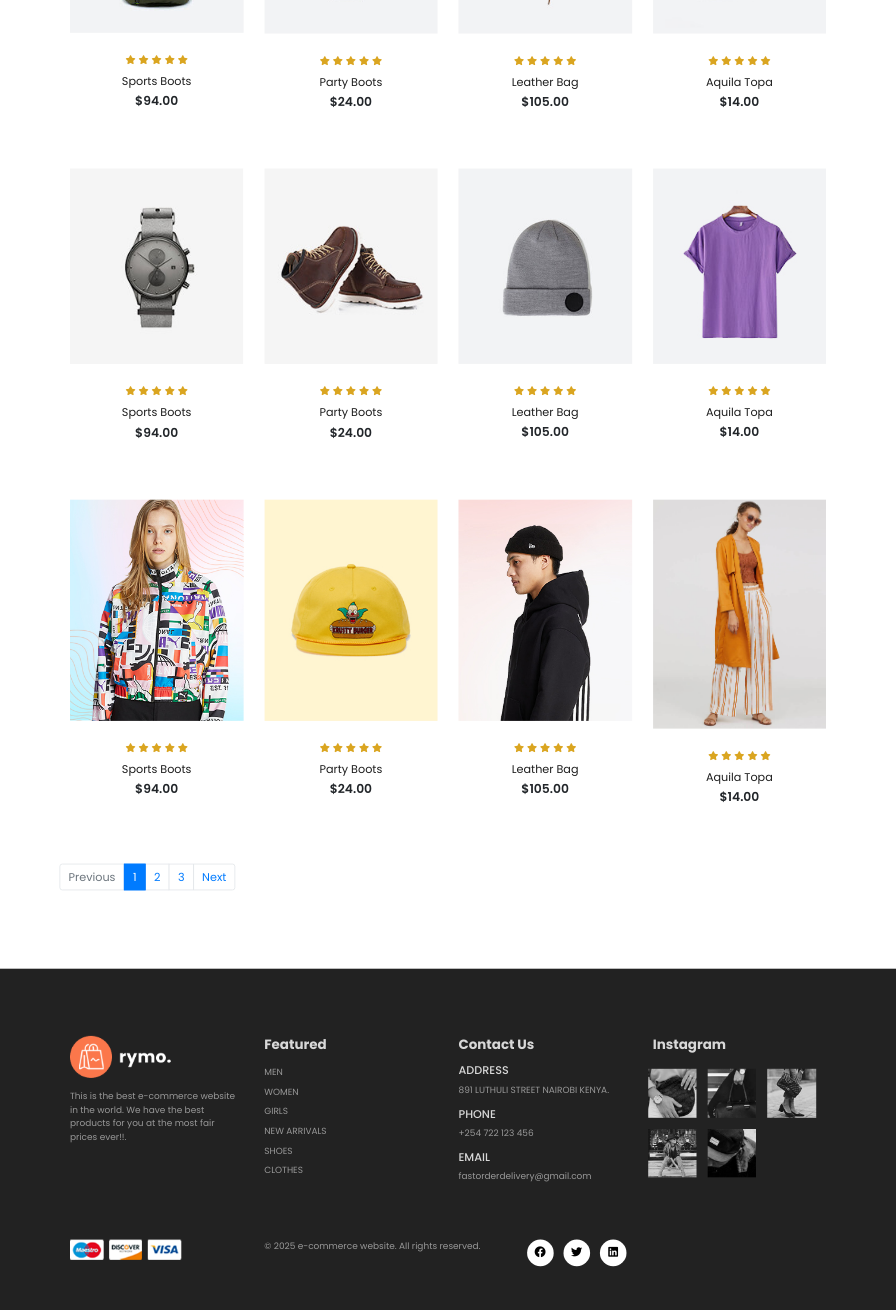
Repository: peter417waweru/e-commerce-UI
Page: shop.html
The author's editor kept a copy of each file at every save. The page is drawn from the files as they stood at one save, then again after the next save.
The browser window is 1280 px wide. The pictures show the part of the page from y = 1517 to 3437 px (the page is 3389 px tall before and 3437 px after), at 70% of full size.
Some web libraries are served in a nearby version.

Above is the page before, as saved 2025-02-08 12:32:22.

### shop.html
<!DOCTYPE html>
<html lang="en">
    <head>
        <meta charset="UTF-8">
        <meta http-equiv="X-UA-Compatible" content="IE=edge">
        <meta name="viewport" content="width=device-width, initial-scale=1.0">
        <title>Shop</title>

        <link rel="stylesheet" href="https://cdn.jsdelivr.net/npm/bootstrap@4.1.3/dist/css/bootstrap.min.css"
        integrity="sha384-MCw98/SFnGE8fJT3GXwEOngsV7Zt27NXFoaoApmYm81iuXoPkFOJwJ8ERdknLPMO" crossorigin="anonymous">

        <link rel="stylesheet" href="https://pro.fontawesome.com/releases/v5.10.0/css/all.css" />

        <link rel="stylesheet" href="./style.css">
        <link rel="stylesheet" href="./shop.css">
    </head>

    <body>

        <nav class="navbar navbar-expand-lg navbar-light bg-white py-3 fixed-top">
            <div class="container">
              <img src="img/logo1.png" alt="">
              <button class="navbar-toggler" type="button" data-bs-toggle="collapse" data-bs-target="#navbarSupportedContent" aria-controls="navbarSupportedContent" aria-expanded="false" aria-label="Toggle navigation">
                <span><i id="bar" class="fas fa-bars"></i></span>
              </button>
              <div class="collapse navbar-collapse" id="navbarSupportedContent">
                <ul class="navbar-nav ml-auto">
                  <li class="nav-item">
                    <a class="nav-link active" aria-current="page" href="index.html">Home</a>
                  </li>
                  <li class="nav-item">
                    <a class="nav-link" aria-current="page" href="shop.html">Shop</a>
                  </li>
                  <li class="nav-item">
                    <a class="nav-link" aria-current="page" href="#">Blog</a>
                  </li>
                  <li class="nav-item">
                    <a class="nav-link" aria-current="page" href="#">About</a>
                  </li>
                  <li class="nav-item">
                    <a class="nav-link" aria-current="page" href="#">Contact Us</a>
                  </li>
                  <li class="nav-item">
                    <i class="fal fa-search"></i>
                    <i class="fal fa-shopping-bag"></i>
                  </li>


                </ul>

              </div>
            </div>
        </nav>

        <section id="featured" class="my-5 py-5">
            <div class="container mt-5 py-5">
              <h3>Our Products</h3>
              <hr>
              <p>Here you can check out our new products with the most fair prices</p>
            </div>
            <div class="row mx-auto container">
              <div class="product text-center col-lg-3 col-md-4 col-12">
                <img class="img-fluid mb-3" src="img/shop/1.jpg" alt="">
                <div class="star">
                  <i class="fas fa-star"></i>
                  <i class="fas fa-star"></i>
                  <i class="fas fa-star"></i>
                  <i class="fas fa-star"></i>
                  <i class="fas fa-star"></i>
                </div>
                <h5 class="p-name">Sports Boots</h5>
                <h4 class="p-price">$94.00</h4>
                <button class="buy-btn">Buy Now</button>
              </div>
              <div class="product text-center col-lg-3 col-md-4 col-12">
                <img class="img-fluid mb-3" src="img/shop/2.jpg" alt="">
                <div class="star">
                  <i class="fas fa-star"></i>
                  <i class="fas fa-star"></i>
                  <i class="fas fa-star"></i>
                  <i class="fas fa-star"></i>
                  <i class="fas fa-star"></i>
                </div>
                <h5 class="p-name">Party Boots</h5>
                <h4 class="p-price">$24.00</h4>
                <button class="buy-btn">Buy Now</button>
              </div>
              <div class="product text-center col-lg-3 col-md-4 col-12">
                <img class="img-fluid mb-3" src="img/shop/3.jpg" alt="">
                <div class="star">
                  <i class="fas fa-star"></i>
                  <i class="fas fa-star"></i>
                  <i class="fas fa-star"></i>
                  <i class="fas fa-star"></i>
                  <i class="fas fa-star"></i>
                </div>
                <h5 class="p-name">Leather Bag</h5>
                <h4 class="p-price">$105.00</h4>
                <button class="buy-btn">Buy Now</button>
              </div>
              <div class="product text-center col-lg-3 col-md-4 col-12">
                <img class="img-fluid mb-3" src="img/shop/4.jpg" alt="">
                <div class="star">
                  <i class="fas fa-star"></i>
                  <i class="fas fa-star"></i>
                  <i class="fas fa-star"></i>
                  <i class="fas fa-star"></i>
                  <i class="fas fa-star"></i>
                </div>
                <h5 class="p-name">Aquila Topa</h5>
                <h4 class="p-price">$14.00</h4>
                <button class="buy-btn">Buy Now</button>
              </div>
            </div>
            <div class="row mx-auto container">
                <div class="product text-center col-lg-3 col-md-4 col-12">
                  <img class="img-fluid mb-3" src="img/shop/5.jpg" alt="">
                  <div class="star">
                    <i class="fas fa-star"></i>
                    <i class="fas fa-star"></i>
                    <i class="fas fa-star"></i>
                    <i class="fas fa-star"></i>
                    <i class="fas fa-star"></i>
                  </div>
                  <h5 class="p-name">Sports Boots</h5>
                  <h4 class="p-price">$94.00</h4>
                  <button class="buy-btn">Buy Now</button>
                </div>
                <div class="product text-center col-lg-3 col-md-4 col-12">
                  <img class="img-fluid mb-3" src="img/shop/6.jpg" alt="">
                  <div class="star">
                    <i class="fas fa-star"></i>
                    <i class="fas fa-star"></i>
                    <i class="fas fa-star"></i>
                    <i class="fas fa-star"></i>
                    <i class="fas fa-star"></i>
                  </div>
                  <h5 class="p-name">Party Boots</h5>
                  <h4 class="p-price">$24.00</h4>
                  <button class="buy-btn">Buy Now</button>
                </div>
                <div class="product text-center col-lg-3 col-md-4 col-12">
                  <img class="img-fluid mb-3" src="img/shop/7.jpg" alt="">
                  <div class="star">
                    <i class="fas fa-star"></i>
                    <i class="fas fa-star"></i>
                    <i class="fas fa-star"></i>
                    <i class="fas fa-star"></i>
                    <i class="fas fa-star"></i>
                  </div>
                  <h5 class="p-name">Leather Bag</h5>
                  <h4 class="p-price">$105.00</h4>
                  <button class="buy-btn">Buy Now</button>
                </div>
                <div class="product text-center col-lg-3 col-md-4 col-12">
                  <img class="img-fluid mb-3" src="img/shop/8.jpg" alt="">
                  <div class="star">
                    <i class="fas fa-star"></i>
                    <i class="fas fa-star"></i>
                    <i class="fas fa-star"></i>
                    <i class="fas fa-star"></i>
                    <i class="fas fa-star"></i>
                  </div>
                  <h5 class="p-name">Aquila Topa</h5>
                  <h4 class="p-price">$14.00</h4>
                  <button class="buy-btn">Buy Now</button>
                </div>
              </div>
              <div class="row mx-auto container">
                <div class="product text-center col-lg-3 col-md-4 col-12">
                  <img class="img-fluid mb-3" src="img/shop/9.jpg" alt="">
                  <div class="star">
                    <i class="fas fa-star"></i>
                    <i class="fas fa-star"></i>
                    <i class="fas fa-star"></i>
                    <i class="fas fa-star"></i>
                    <i class="fas fa-star"></i>
                  </div>
                  <h5 class="p-name">Sports Boots</h5>
                  <h4 class="p-price">$94.00</h4>
                  <button class="buy-btn">Buy Now</button>
                </div>
                <div class="product text-center col-lg-3 col-md-4 col-12">
                  <img class="img-fluid mb-3" src="img/shop/10.jpg" alt="">
                  <div class="star">
                    <i class="fas fa-star"></i>
                    <i class="fas fa-star"></i>
                    <i class="fas fa-star"></i>
                    <i class="fas fa-star"></i>
                    <i class="fas fa-star"></i>
                  </div>
                  <h5 class="p-name">Party Boots</h5>
                  <h4 class="p-price">$24.00</h4>
                  <button class="buy-btn">Buy Now</button>
                </div>
                <div class="product text-center col-lg-3 col-md-4 col-12">
                  <img class="img-fluid mb-3" src="img/shop/11.jpg" alt="">
                  <div class="star">
                    <i class="fas fa-star"></i>
                    <i class="fas fa-star"></i>
                    <i class="fas fa-star"></i>
                    <i class="fas fa-star"></i>
                    <i class="fas fa-star"></i>
                  </div>
                  <h5 class="p-name">Leather Bag</h5>
                  <h4 class="p-price">$105.00</h4>
                  <button class="buy-btn">Buy Now</button>
                </div>
                <div class="product text-center col-lg-3 col-md-4 col-12">
                  <img class="img-fluid mb-3" src="img/shop/12.jpg" alt="">
                  <div class="star">
                    <i class="fas fa-star"></i>
                    <i class="fas fa-star"></i>
                    <i class="fas fa-star"></i>
                    <i class="fas fa-star"></i>
                    <i class="fas fa-star"></i>
                  </div>
                  <h5 class="p-name">Aquila Topa</h5>
                  <h4 class="p-price">$14.00</h4>
                  <button class="buy-btn">Buy Now</button>
                </div>
              </div>
              <div class="row mx-auto container">
                <div class="product text-center col-lg-3 col-md-4 col-12">
                  <img class="img-fluid mb-3" src="img/shop/13.jpg" alt="">
                  <div class="star">
                    <i class="fas fa-star"></i>
                    <i class="fas fa-star"></i>
                    <i class="fas fa-star"></i>
                    <i class="fas fa-star"></i>
                    <i class="fas fa-star"></i>
                  </div>
                  <h5 class="p-name">Sports Boots</h5>
                  <h4 class="p-price">$94.00</h4>
                  <button class="buy-btn">Buy Now</button>
                </div>
                <div class="product text-center col-lg-3 col-md-4 col-12">
                  <img class="img-fluid mb-3" src="img/shop/14.jpg" alt="">
                  <div class="star">
                    <i class="fas fa-star"></i>
                    <i class="fas fa-star"></i>
                    <i class="fas fa-star"></i>
                    <i class="fas fa-star"></i>
                    <i class="fas fa-star"></i>
                  </div>
                  <h5 class="p-name">Party Boots</h5>
                  <h4 class="p-price">$24.00</h4>
                  <button class="buy-btn">Buy Now</button>
                </div>
                <div class="product text-center col-lg-3 col-md-4 col-12">
                  <img class="img-fluid mb-3" src="img/shop/15.jpg" alt="">
                  <div class="star">
                    <i class="fas fa-star"></i>
                    <i class="fas fa-star"></i>
                    <i class="fas fa-star"></i>
                    <i class="fas fa-star"></i>
                    <i class="fas fa-star"></i>
                  </div>
                  <h5 class="p-name">Leather Bag</h5>
                  <h4 class="p-price">$105.00</h4>
                  <button class="buy-btn">Buy Now</button>
                </div>
                <div class="product text-center col-lg-3 col-md-4 col-12">
                  <img class="img-fluid mb-3" src="img/shop/16.jpg" alt="">
                  <div class="star">
                    <i class="fas fa-star"></i>
                    <i class="fas fa-star"></i>
                    <i class="fas fa-star"></i>
                    <i class="fas fa-star"></i>
                    <i class="fas fa-star"></i>
                  </div>
                  <h5 class="p-name">Aquila Topa</h5>
                  <h4 class="p-price">$14.00</h4>
                  <button class="buy-btn">Buy Now</button>
                </div>
              </div>
              <div class="row mx-auto container">
                <div class="product text-center col-lg-3 col-md-4 col-12">
                  <img class="img-fluid mb-3" src="img/shop/17.jpg" alt="">
                  <div class="star">
                    <i class="fas fa-star"></i>
                    <i class="fas fa-star"></i>
                    <i class="fas fa-star"></i>
                    <i class="fas fa-star"></i>
                    <i class="fas fa-star"></i>
                  </div>
                  <h5 class="p-name">Sports Boots</h5>
                  <h4 class="p-price">$94.00</h4>
                  <button class="buy-btn">Buy Now</button>
                </div>
                <div class="product text-center col-lg-3 col-md-4 col-12">
                  <img class="img-fluid mb-3" src="img/shop/18.jpg" alt="">
                  <div class="star">
                    <i class="fas fa-star"></i>
                    <i class="fas fa-star"></i>
                    <i class="fas fa-star"></i>
                    <i class="fas fa-star"></i>
                    <i class="fas fa-star"></i>
                  </div>
                  <h5 class="p-name">Party Boots</h5>
                  <h4 class="p-price">$24.00</h4>
                  <button class="buy-btn">Buy Now</button>
                </div>
                <div class="product text-center col-lg-3 col-md-4 col-12">
                  <img class="img-fluid mb-3" src="img/shop/19.jpg" alt="">
                  <div class="star">
                    <i class="fas fa-star"></i>
                    <i class="fas fa-star"></i>
                    <i class="fas fa-star"></i>
                    <i class="fas fa-star"></i>
                    <i class="fas fa-star"></i>
                  </div>
                  <h5 class="p-name">Leather Bag</h5>
                  <h4 class="p-price">$105.00</h4>
                  <button class="buy-btn">Buy Now</button>
                </div>
                <div class="product text-center col-lg-3 col-md-4 col-12">
                  <img class="img-fluid mb-3" src="img/shop/20.jpg" alt="">
                  <div class="star">
                    <i class="fas fa-star"></i>
                    <i class="fas fa-star"></i>
                    <i class="fas fa-star"></i>
                    <i class="fas fa-star"></i>
                    <i class="fas fa-star"></i>
                  </div>
                  <h5 class="p-name">Aquila Topa</h5>
                  <h4 class="p-price">$14.00</h4>
                  <button class="buy-btn">Buy Now</button>
                </div>
                <nav aria-label="...">
                    <ul class="pagination">
                      <li class="page-item disabled">
                        <a class="page-link" href="#" tabindex="-1">Previous</a>
                      </li>
                      <li class="page-item active">
                        <a class="page-link" href="#">1</a></li>
                      <li class="page-item">
                        <a class="page-link" href="#">2 <span class="sr-only">(current)</span></a>
                      </li>
                      <li class="page-item"><a class="page-link" href="#">3</a></li>
                      <li class="page-item">
                        <a class="page-link" href="#">Next</a>
                      </li>
                    </ul>
                  </nav>
            </div>
        </section>


        <footer class="mt-5 py-5">
            <div class="row container mx-auto pt-5">
              <div class="footer-one col-lg-3 col-md-6 col-12">
                <img src="img/logo2.png" alt="">
                <p class="pt-3">This is the best e-commerce website in the world.
                   We have the best products for you at the most fair prices ever!!.</p>
              </div>
              <div class="footer-one col-lg-3 col-md-6 col-12">
                <h4 class="pb-2">Featured</h4>
                <ul class="text-uppercase list-unstyled">
                  <li><a href="#">men</a></li>
                  <li><a href="#">women</a></li>
                  <li><a href="#">girls</a></li>
                  <li><a href="#">new arrivals</a></li>
                  <li><a href="#">shoes</a></li>
                  <li><a href="#">clothes</a></li>
                </ul>
              </div>
              <div class="footer-one col-lg-3 col-md-6 col-12 mb-3">
                <h4 class="pb-2">Contact Us</h4>
                <div>
                  <h6 class="text-uppercase">Address</h6>
                <p>891 LUTHULI STREET NAIROBI KENYA.</p>
                </div>
                <div>
                  <h6 class="text-uppercase">Phone</h6>
                <p>+254 722 123 456</p>
                </div>
                <div>
                  <h6 class="text-uppercase">Email</h6>
                <p>fastorderdelivery@gmail.com</p>
                </div>
              </div>
              <div class="footer-one col-lg-3 col-md-6 col-12 mb-3">
                <h4 class="pb-2">Instagram</h4>
                <div class="row">
                  <img class="img-fluid w-25 h-100 m-2" src="img/insta/1.jpg" alt="">
                  <img class="img-fluid w-25 h-100 m-2" src="img/insta/2.jpg" alt="">
                  <img class="img-fluid w-25 h-100 m-2" src="img/insta/3.jpg" alt="">
                  <img class="img-fluid w-25 h-100 m-2" src="img/insta/4.jpg" alt="">
                  <img class="img-fluid w-25 h-100 m-2" src="img/insta/5.jpg" alt="">
                </div>
              </div>
            </div>
            <div class="copyright mt-5">
              <div class="row container mx-auto">
                <div class="col-lg-3 col-md-6 col-12 mb-4">
                  <img class="img-fluid" src="img/payment.png" alt="">
                </div>
                <div class="col-lg-4 col-md-6 col-12 text-nowrap mb-2">
                  <p>© 2025 e-commerce website. All rights reserved.</p>
                </div>
                <div class="col-lg-4 col-md-6 col-12">
                  <a href="#"><i class="fab fa-facebook"></i></a>
                  <a href="#"><i class="fab fa-twitter"></i></a>
                  <a href="#"><i class="fab fa-linkedin"></i></a>
                </div>
              </div>
            </div>
        </footer>


        <script src="https://cdn.jsdelivr.net/npm/@popperjs/core@2.9.1/dist/umd/popper.min.js"
            integrity="sha384-SR1sx49pcuLnqZUnnPwx6FCym0wLsk5JZuNx2bPPENzswTNFaQU1RDvt3wT4gWFG"
            crossorigin="anonymous"></script>
        <script src="https://cdn.jsdelivr.net/npm/bootstrap@5.0.0-beta3/dist/js/bootstrap.min.js"
            integrity="sha384-j0CNLUeiqtyaRmlzUHCPZ+Gy5fQu0dQ6eZ/xAww941Ai1SxSY+0EQqNXNE6DZiVc"
            crossorigin="anonymous"></script>
    </body>

</html>

### shop.css
.product img{
    width: 100%;
    height: auto;
    box-sizing: auto;
    object-fit: cover;
}

Loaded but not shown: style.css (349 lines, source omitted)

After the next save:
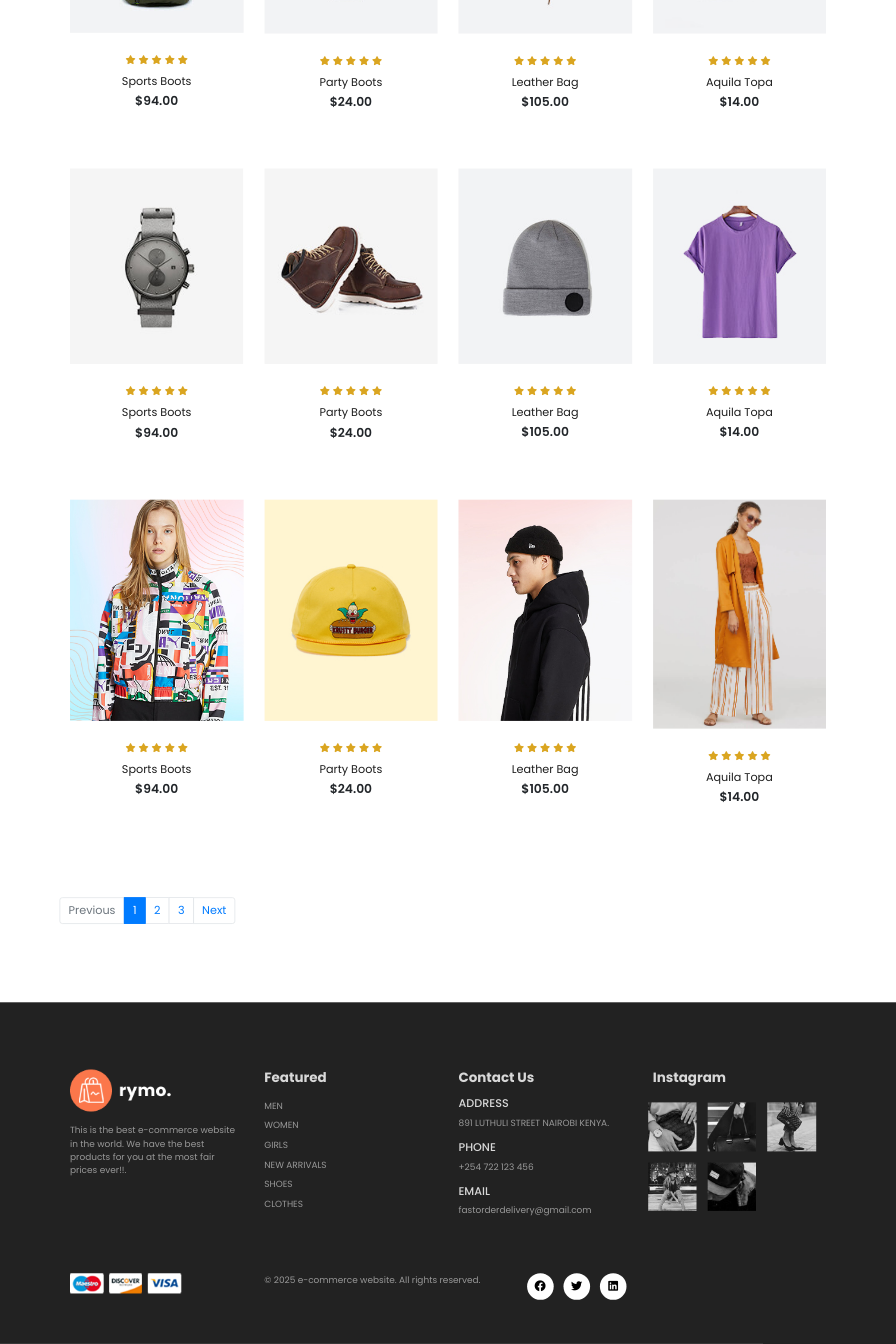
Saved 50 s later.
--- a/shop.html
+++ b/shop.html
@@ -328,7 +328,7 @@
                   <button class="buy-btn">Buy Now</button>
                 </div>
                 <nav aria-label="...">
-                    <ul class="pagination">
+                    <ul class="pagination mt-5">
                       <li class="page-item disabled">
                         <a class="page-link" href="#" tabindex="-1">Previous</a>
                       </li>
